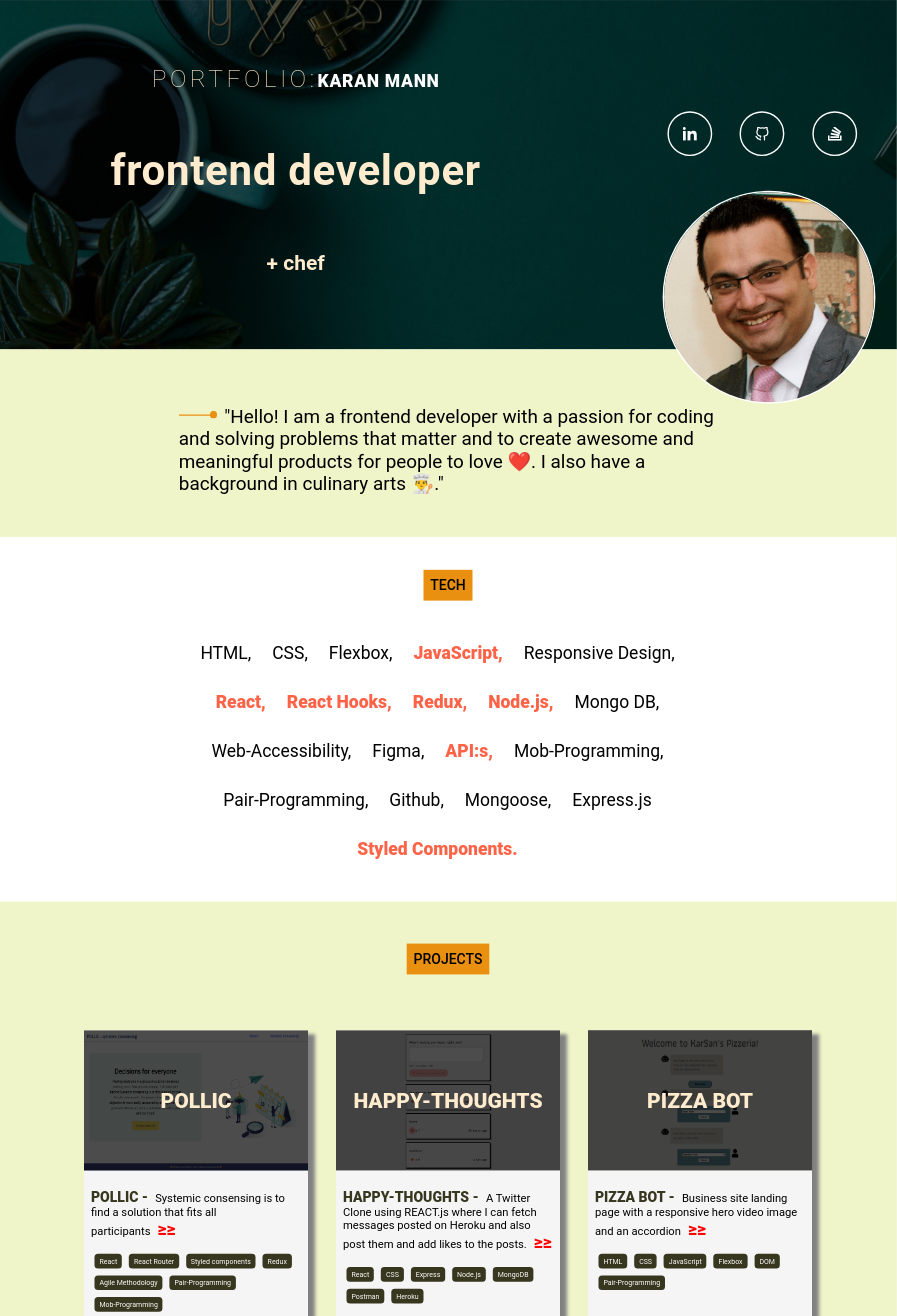
Repository: karanmann/portfolio-react
Page: / (app in frontend/)
The author's editor kept a copy of each file at every save. The page is drawn from the files as they stood at one save, then again after the next save.
The browser window is 1280 px wide. The page is 1281 px wide, so the pictures cover 1281 px, including what lies to the right of the window. The pictures show the part of the page from y = 0 to 1880 px (the page is 6725 px tall), at 70% of full size.
The project was rebuilt for these pictures with package versions that can differ from the ones it lists, and the page was loaded fresh each time.

Above is the page before, as saved 2021-04-09 10:36:33.

### frontend/public/index.html
<!DOCTYPE html>
<html lang="en">
  <head>
    <meta charset="utf-8" />
    <link rel="icon" href="%PUBLIC_URL%/favicon.ico" />
    <meta name="viewport" content="width=device-width, initial-scale=1" />
    <meta name="theme-color" content="#000000" />
    <meta
      name="description"
      content="Web site created using create-react-app"
    />
    <link rel="apple-touch-icon" href="%PUBLIC_URL%/logo192.png" />
    <link rel="preconnect" href="https://fonts.gstatic.com">
    <link href="https://fonts.googleapis.com/css2?family=Poppins:ital,wght@0,100;0,200;0,300;0,400;0,500;0,600;0,700;0,800;0,900;1,100;1,200;1,300;1,400;1,500;1,600;1,700;1,800;1,900&display=swap" rel="stylesheet">

    <!--
      manifest.json provides metadata used when your web app is installed on a
      user's mobile device or desktop. See https://developers.google.com/web/fundamentals/web-app-manifest/
    -->
    <!-- <link rel="manifest" href="%PUBLIC_URL%/manifest.json" /> -->
    <!--
      Notice the use of %PUBLIC_URL% in the tags above.
      It will be replaced with the URL of the `public` folder during the build.
      Only files inside the `public` folder can be referenced from the HTML.

      Unlike "/favicon.ico" or "favicon.ico", "%PUBLIC_URL%/favicon.ico" will
      work correctly both with client-side routing and a non-root public URL.
      Learn how to configure a non-root public URL by running `npm run build`.
    -->
    <title>Karan Mann - Portfolio</title>
  </head>
  <body>
    <noscript>You need to enable JavaScript to run this app.</noscript>
    <div id="root"></div>
    <!--
      This HTML file is a template.
      If you open it directly in the browser, you will see an empty page.

      You can add webfonts, meta tags, or analytics to this file.
      The build step will place the bundled scripts into the <body> tag.

      To begin the development, run `npm start` or `yarn start`.
      To create a production bundle, use `npm run build` or `yarn build`.
    -->
  </body>
</html>

### frontend/src/index.js
import React from 'react';
import ReactDOM from 'react-dom';
import './lib/styles/index.css';
import App from './App';

ReactDOM.render(
  <React.StrictMode>
    <App />
  </React.StrictMode>,
  document.getElementById('root')
);

### frontend/src/lib/styles/index.css

body {
  margin: -1px;
  font-family: 'Roboto', 'Poppins', sans-serif, -apple-system, BlinkMacSystemFont, 'Segoe UI', 'Roboto', 'Oxygen',
    'Ubuntu', 'Cantarell', 'Fira Sans', 'Droid Sans', 'Helvetica Neue';
  -webkit-font-smoothing: antialiased;
  -moz-osx-font-smoothing: grayscale;
  background-color: white;
}

### frontend/src/App.js
import React from 'react';

import { Header } from './components/Header'
import { Intro } from './components/Intro'
import { Tech } from './components/Tech'
import { Projects } from './components/projects/Projects'
import { ThoughtsCode } from './components/ThoughtsCode'
import { Skills } from './components/Skills'
import { ForMore } from './components/ForMore'
import { Footer } from './components/Footer'
import { Data } from './projects'

const projectData = Data.projects

console.log(projectData)

function App() {
  return (
    <div className="App">
      <Header />
      <Intro/>
      <Tech />
      <Projects projectData={projectData}/>
      <ThoughtsCode />'
      <Skills />
      <ForMore />
      <Footer />
    </div>
  );
}

export default App;

### frontend/src/components/Header.js
import React from 'react'

import {
  HeroContainer,
  LeftContainer,
  HeroTextContainer,
  HeroTextH1,
  HeroTextH1Span,
  HeroTextH2,
  HeroTextH3,
  RightContainer,
  IconContainer,
  IconLinkContainer,
  IconImageContainer,
  ProfilePic,
} from '../lib/styles/styled'

import linkedInIcon from '../lib/images/icons/linkedin.svg'
import githubIcon from '../lib/images/icons/github.svg'
import stackoverflowIcon from '../lib/images/icons/stackoverflow.svg'
import profilePic from '../lib/images/profile.png'

const linkedInLink = 'https://www.linkedin.com/in/karanmann84/'
const githubLink = 'https://github.com/karanmann'
const stackOverflowLink = 'https://stackoverflow.com/users/14064949/karan-mann'

export const Header = () => {
  return (
    <header>
      <HeroContainer>
        <LeftContainer>
          <HeroTextContainer tabIndex='0'>
            <HeroTextH1>
              PORTFOLIO:
              <HeroTextH1Span>KARAN MANN</HeroTextH1Span>
            </HeroTextH1>
            <HeroTextH2>frontend developer</HeroTextH2>
            <HeroTextH3>+ chef</HeroTextH3>
          </HeroTextContainer>
        </LeftContainer>
        <RightContainer>
          <IconContainer>
            <IconLinkContainer
              href={linkedInLink}
              tabIndex='0'
              target="_blank"
              rel="noopener noreferrer"
            >
              <IconImageContainer
                src={linkedInIcon}
                alt='Icon to LinkedIN'
                aria-label='Linkedin profile'
                rel="noreferrer"
              />
            </IconLinkContainer>
            <IconLinkContainer
              href={githubLink}
                tabIndex='0'
                target="_blank"
                rel="noopener noreferrer">
              <IconImageContainer
                src={githubIcon}
                alt='Icon to Github'
                aria-label='Github profile'
                rel='noreferrer'
              />
            </IconLinkContainer>
            <IconLinkContainer
              href={stackOverflowLink}
              tabIndex='0'
              target="_blank"
              rel="noopener noreferrer"
            >
              <IconImageContainer
                src={stackoverflowIcon}
                alt='Icon to Stackoverflow'
                aria-label='Stackoverflow'
                rel='noreferrer'
              />
            </IconLinkContainer>
          </IconContainer>
          <div>
            <ProfilePic className="profile-pic" src={profilePic} alt="Karan's Pic"/>
          </div>
        </RightContainer>
      </HeroContainer>
    </header>
  )
}

### frontend/src/components/Intro.js
import React from 'react';
import { IntroContainer, IntroP, IntroImage} from '../lib/styles/styled'
import lolypop from '../lib/images/icons/icon-p.svg'

export const Intro = () => {
  return (
    <IntroContainer>
      <IntroP>
        <IntroImage src={lolypop} alt="Lolypop Icon"/>
        "Hello!   I am a frontend developer with a passion for coding and solving problems that matter and to create awesome and meaningful products for people to love ❤️. I also have a background in culinary arts 👨‍🍳."
      </IntroP>
    </IntroContainer>
  )
}

### frontend/src/components/Tech.js
import React from 'react';

import {
  TechContainer,
  AllTech,
  MyTech,
  Title
  } from '../lib/styles/styled'

const techs = [
  { tech:"HTML", highLight:false },
  { tech:"CSS", highLight:false },
  { tech:"Flexbox", highLight:false },
  { tech:"JavaScript", highLight:true },
  { tech:"Responsive Design", highLight:false },
  { tech:"React", highLight:true },
  { tech:"React Hooks", highLight:true },
  { tech:"Redux", highLight:true },
  { tech:"Node.js", highLight:true },
  { tech:"Mongo DB", highLight:false },
  { tech:"Web-Accessibility", highLight:false },
  { tech:"Figma", highLight:false },
  { tech:"API:s", highLight:true },
  { tech:"Mob-Programming", highLight:false },
  { tech:"Pair-Programming", highLight:false },
  { tech:"Github", highLight:false },
  { tech:"Mongoose", highLight:false },
  { tech:"Express.js", highLight:false },
  { tech:"Styled Components", highLight:true },
]

export const Tech = () => {
  return (
    <TechContainer>
      <Title>TECH</Title>
        <AllTech>
            {techs.map((mytech, index) =>{
              const conditionalStyle = mytech.highLight ? {color:'tomato', fontWeight: '800'} : {color:'black'}
              return (
              <MyTech style={conditionalStyle} key={mytech.tech}>
                {mytech.tech}{index === techs.length - 1 ? '.' : index ===techs.length - 2 ? ' ' : ',' }
              </MyTech>
            )
            })}
        </AllTech>
    </TechContainer>
  )
}

### frontend/src/components/projects/Projects.js
import React from  'react'

import { ProjectContainer, Title } from '../../lib/styles/styled'
import { OtherProjects } from './OtherProjects'
import { FeaturedProjects } from './FeaturedProjects'

export const Projects = ({projectData}) => {
  const featuredProjects = projectData.filter(myProjects => myProjects.featured)
  const otherProjects = projectData.filter(myProjects => !myProjects.featured)

  return (
    <ProjectContainer>
      <Title>PROJECTS</Title>
      <div>
        <FeaturedProjects featuredProjects={featuredProjects}/>
      </div>
      <h3 className='projects-title'>OTHER PROJECTS</h3>
      <div>
        <OtherProjects otherProjects={otherProjects}/>
      </div>
    </ProjectContainer>
  )
}

### frontend/src/components/ThoughtsCode.js
import React from 'react'

import {
  ThoughtsContainer,
  ThoughtsContentContainer,
  ThoughtsCodeImageContainer,
  ThoughtsImage,
  ThoughtsCodeTextContainer,
  ThoughtsCodeTextTitle,
  ThoughtsCodeTextContent,
  ThoughtsReadMore,
  Title
} from '../lib/styles/styled'
import chefDroid from '../lib/images/ChefDroid.png'

const chefToProgrammerLink = "https://www.linkedin.com/posts/karanmann84_programming-learning-technigo-activity-6720014274095304704-BHnK"

export const ThoughtsCode = () => {
  return (
    <ThoughtsContainer>
      <Title tabIndex="0">MY THOUGHTS ABOUT CODE</Title>
      <ThoughtsContentContainer>
        <ThoughtsCodeImageContainer href={chefToProgrammerLink}>
          <ThoughtsImage src={chefDroid} alt='Chef and Droid'/>
        </ThoughtsCodeImageContainer>
        <ThoughtsCodeTextContainer>
          <ThoughtsCodeTextTitle>
            From Chef to Programmer
          </ThoughtsCodeTextTitle>
          <ThoughtsCodeTextContent>
            What I learned in the kitchen.
            Almost everyone who starts working in a kitchen starts in one place, the bottom.
            This could be the salad section or pantry. In an industry as intensely competitive as restaurants,
            the only way to move up is by working as hard as you can. This means being willing to take on any assignment
            your chef gives you. It means constantly working to master your craft.
            <ThoughtsReadMore href={chefToProgrammerLink}>Read More ≥≥</ThoughtsReadMore>
          </ThoughtsCodeTextContent>
        </ThoughtsCodeTextContainer>
      </ThoughtsContentContainer>
    </ThoughtsContainer>
  )
}

### frontend/src/components/Skills.js
import React from 'react';

import {
  Title,
  SkillContainer,
  SkillContentContainer,
  Skill,
  SkillCodeTitle,
  SkillCodeContent
} from '../lib/styles/styled'

const code = [
  "HTML5",
  "CSS3",
  "JavaScript ES6",
  "React",
  "React Hooks",
  "Node.js",
  "Mongo DB",
  "Github",
]

const toolbox =[
  "Visual Studio Code",
  "Terminal",
  "Figma",
  "StackOverflow",
  "Slack",
]

const others= [
  "Agile Methodology",
  "Pair-programming",
  "Mob-programming",
  "Web Accessibility",
  "Concept Development",
]

const upcomming = [
  "Redux",
  "SASS",
]

export const Skills = () => {
  return (
    <SkillContainer>
      <Title>SKILLS</Title>
      <SkillContentContainer>
        <Skill>
          <SkillCodeTitle>CODE</SkillCodeTitle>
          <SkillCodeContent >
            {code.map(myCode => <p key={myCode}>{myCode}</p>)}
          </SkillCodeContent>
        </Skill>
        <Skill>
          <SkillCodeTitle>TOOLBOX</SkillCodeTitle>
          <SkillCodeContent>{toolbox.map(myTool => <p key={myTool}>{myTool}</p>)}</SkillCodeContent>
        </Skill>
        <Skill>
          <SkillCodeTitle>OTHERS</SkillCodeTitle>
          <SkillCodeContent>{others.map(myOthers => <p key={myOthers}>{myOthers}</p>)}</SkillCodeContent>
        </Skill>
        <Skill>
          <SkillCodeTitle>UPCOMMING</SkillCodeTitle>
          <SkillCodeContent>{upcomming.map(myUpcomming => <p key={myUpcomming}>{myUpcomming}</p>)}</SkillCodeContent>
        </Skill>
      </SkillContentContainer>
    </SkillContainer>
  )
}

### frontend/src/components/ForMore.js
import React from 'react'

import {
  Title,
  ForMoreContainer,
  ForMoreIcons,
  ForMoreIconContainer,
  ForMoreImage,
  ForMoreText,
  ForMoreLink
} from '../lib/styles/styled'

import linkedIn from '../lib/images/icons/linkedin-orange.svg'
import github from '../lib/images/icons/github-orange.svg'
import stackOverflow from '../lib/images/icons/stackoverflow-orange.svg'

export const ForMore = () => {
  return (
    <ForMoreContainer>
      <Title tabIndex="0">FOR MORE</Title>
      <ForMoreIcons>
        <ForMoreIconContainer>
          <ForMoreLink
            href="https://www.linkedin.com/in/karanmann84/"
            target="_blank"
            rel="noopener noreferrer"
          >
            <ForMoreImage src={linkedIn} alt="Link to LinkedIN"/>
          </ForMoreLink>
          <ForMoreText>LINKEDIN</ForMoreText>
        </ForMoreIconContainer>
        <ForMoreIconContainer>
          <ForMoreLink
            href="https://stackoverflow.com/users/14064949/karan-mann"
            target="_blank"
            rel="noopener noreferrer"
          >
            <ForMoreImage src={stackOverflow} alt="Link to stackoverflow"/>
          </ForMoreLink>
          <ForMoreText>STACK-OVERFLOW</ForMoreText>
        </ForMoreIconContainer>
        <ForMoreIconContainer>
          <ForMoreLink
            href="https://github.com/karanmann"
            target="_blank"
            rel="noopener noreferrer"
          >
            <ForMoreImage src={github} alt="Link to Github"/>
          </ForMoreLink>
          <ForMoreText>GITHUB</ForMoreText>
        </ForMoreIconContainer>
      </ForMoreIcons>
    </ForMoreContainer>
  )
}

### frontend/src/components/Footer.js
import React from 'react'
import { FooterContainer } from '../lib/styles/styled'

export const Footer = () => {
  return(
    <FooterContainer>
      <h3>CONTACT</h3>
      <p>Karan Mann</p>
      <p>karan.mann@outlook.com</p>
      <p>+46 (0) 702257772</p>
    </FooterContainer>
  )
}

### frontend/src/components/projects/OtherProjects.js
import {
  OtherCardsContainer,
  OtherCard,
  OtherImageContainer,
  Image,
  ImageOverlay,
  ImageTitle,
  OtherCardDetailsContainer,
  DetailsTitle,
  DetailsDescription,
  DetailsLink,
  CardTechContainer,
  CardTech} from '../../lib/styles/styled'

export const OtherProjects = ({otherProjects}) => {
  return (
    <OtherCardsContainer>
      {otherProjects.map(myProject => {
        return (
        <OtherCard key={myProject.title}>
          <OtherImageContainer>
            <a
              href={myProject.live_url}
              target="_blank"
              rel="noopener noreferrer"
              >
              <ImageOverlay>
                <ImageTitle>{myProject.title}</ImageTitle>
              </ImageOverlay>
              <Image src={myProject.image_url} alt=""/>
            </a>
          </OtherImageContainer>
          <OtherCardDetailsContainer>
            <p>
              <DetailsTitle>{myProject.title} -</DetailsTitle>
              <DetailsDescription>{myProject.description}</DetailsDescription>
              <span>
                <DetailsLink
                  href={myProject.live_url}
                  target="_blank"
                  rel="noopener noreferrer"
                >
                  ≥≥
                </DetailsLink>
              </span>
            </p>
            <CardTechContainer>
              {myProject.techs.map(mytech => <CardTech>{mytech}</CardTech>
              )}
            </CardTechContainer>
          </OtherCardDetailsContainer>
        </OtherCard>
        )})
      }
    </OtherCardsContainer>
  )
}

### frontend/src/components/projects/FeaturedProjects.js
import React from 'react';

import {
  CardsContainer,
  Card,
  ImageContainer,
  Image,
  ImageOverlay,
  ImageTitle,
  CardDetailsContainer,
  DetailsTitle,
  DetailsDescription,
  DetailsLink,
  CardTechContainer,
  CardTech} from '../../lib/styles/styled'

export const FeaturedProjects = ({featuredProjects}) => {
  return (
    <CardsContainer>
      {featuredProjects.map(myProject => {
        return (
           <Card key={myProject.title}>
            <ImageContainer>
              <a
                href={myProject.live_url}
                target="_blank"
                rel="noopener noreferrer"
              >
                <ImageOverlay>
                  <ImageTitle>{myProject.title}</ImageTitle>
                </ImageOverlay>
                <Image src={myProject.image_url} alt=""/>
              </a>
            </ImageContainer>
            <CardDetailsContainer>
              <p>
                <DetailsTitle>{myProject.title} -</DetailsTitle>
                <DetailsDescription>{myProject.description}</DetailsDescription>
                <span>
                  <DetailsLink
                    href={myProject.live_url}
                    target="_blank"
                    rel="noopener noreferrer"
                  >≥≥
                  </DetailsLink>
                </span>
              </p>
              <CardTechContainer>
                {myProject.techs.map(mytech => <CardTech>{mytech}</CardTech>
                )}
              </CardTechContainer>
            </CardDetailsContainer>
          </Card>
        )
      })
      }
    </CardsContainer>
  )
}

Loaded but not shown: frontend/src/lib/styles/styled.js (library); frontend/src/projects.js (251 lines, source omitted)

After the next save:
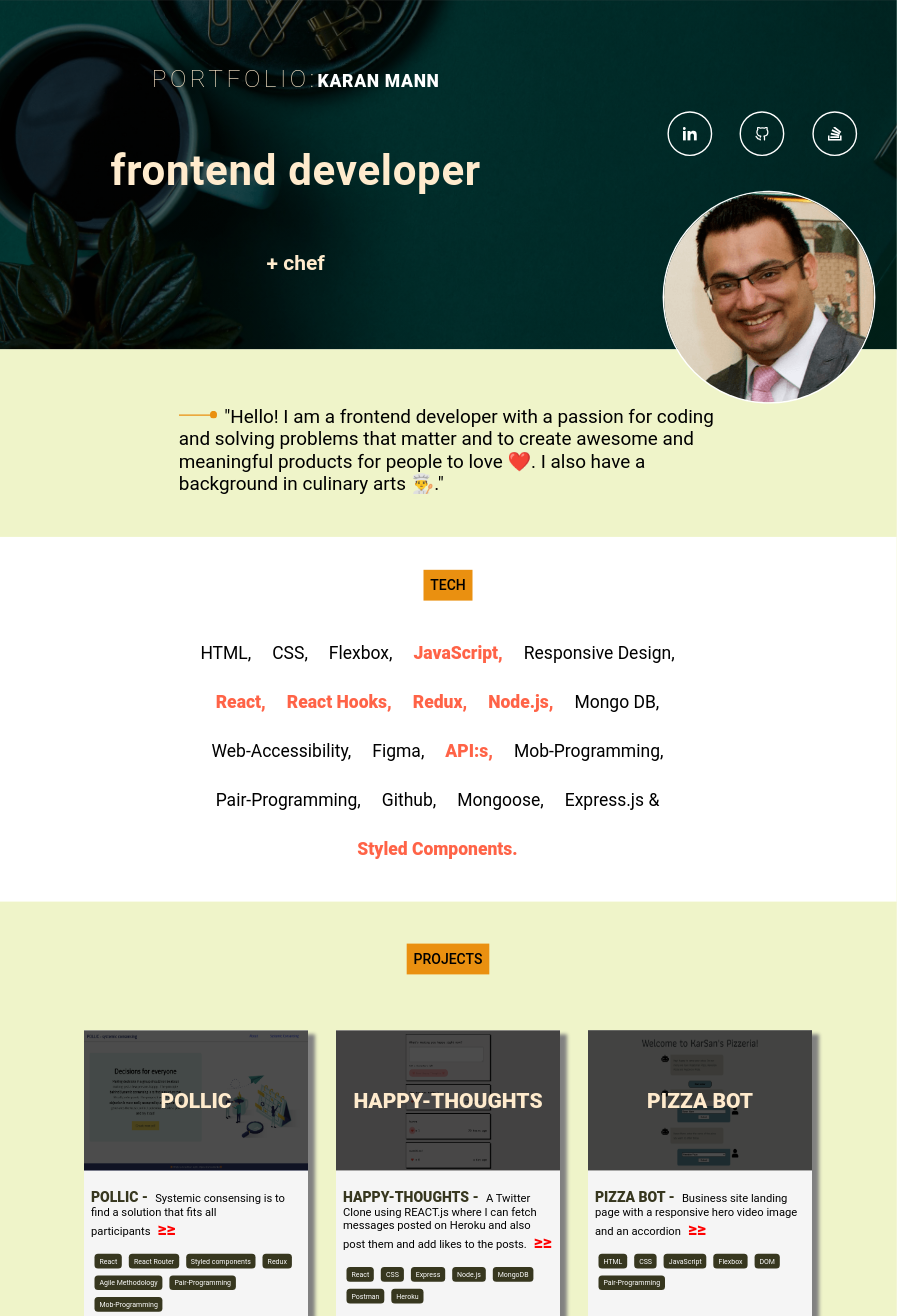
Saved 18 s later.
--- a/frontend/src/components/Tech.js
+++ b/frontend/src/components/Tech.js
@@ -38,7 +38,7 @@ export const Tech = () => {
               const conditionalStyle = mytech.highLight ? {color:'tomato', fontWeight: '800'} : {color:'black'}
               return (
               <MyTech style={conditionalStyle} key={mytech.tech}>
-                {mytech.tech}{index === techs.length - 1 ? '.' : index ===techs.length - 2 ? ' ' : ',' }
+                {mytech.tech}{index === techs.length - 1 ? '.' : index ===techs.length - 2 ? ' &' : ',' }
               </MyTech>
             )
             })}
